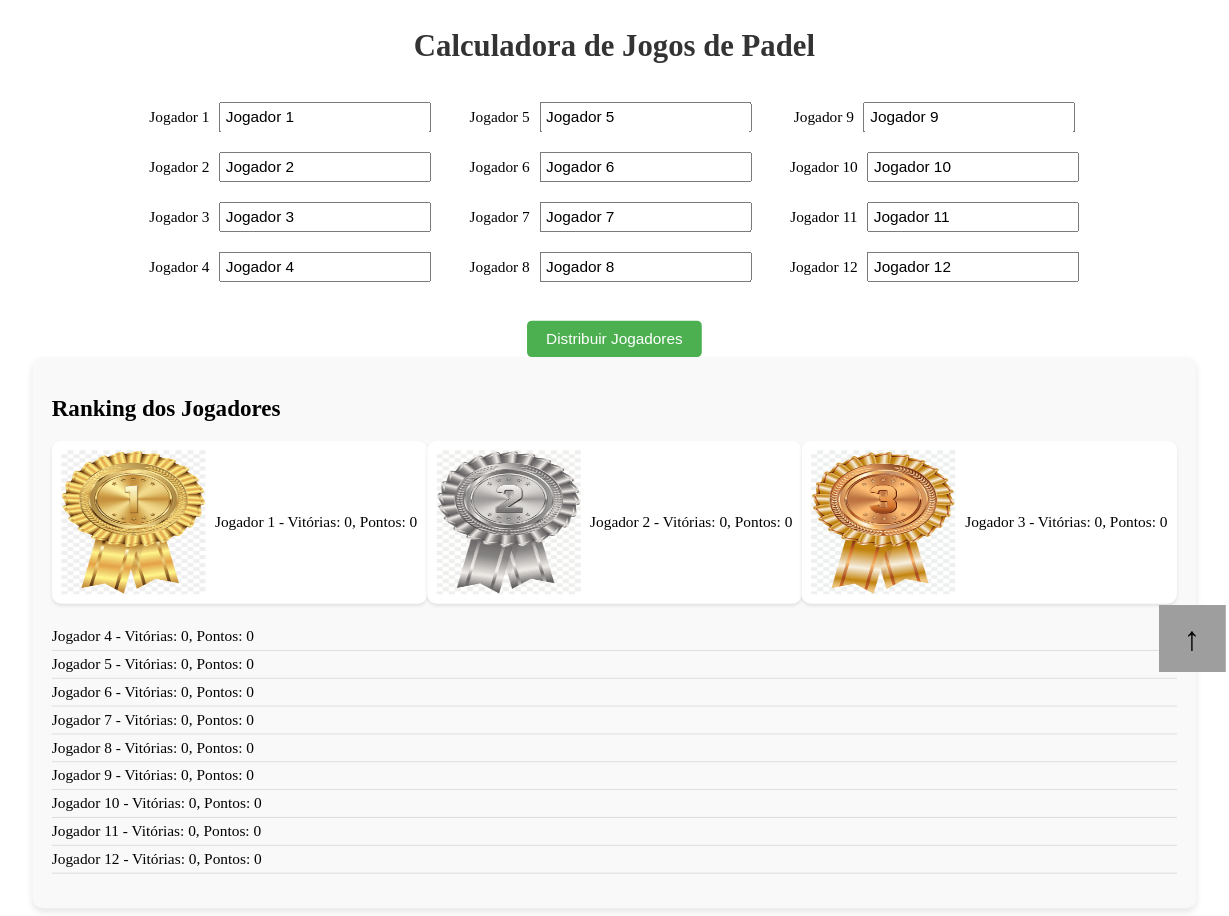
Repository: MarcioMiguel22/PadelMaster
Page: /calculadora
An editor plug-in stored every save of this project. The page is shown before and after the next save, followed by the edit.
The browser window is 1280 px wide. The pictures show the whole page, at 96% of full size.
Pictures or frames that could not be fetched are drawn as grey boxes. The project was rebuilt for these pictures with package versions that can differ from the ones it lists, and the page was loaded fresh each time. Also part of the build but not shown: vite.config.ts, src/pages/Home/Home.tsx, src/components/components_calculadora/Campo.tsx, src/components/components_calculadora/Jogo.tsx, src/index.css.

Above is the page before, as saved 2024-06-14 15:23:01.

### src/main.tsx
///home/marciomiguel/code/MarcioMiguel22/Sites/PadelMaster/src/main.tsx
import { render } from 'react-dom';
import { StrictMode } from 'react';
import App from './App';
import './index.css';

const root = document.getElementById('root')!;
render(
  <StrictMode>
    <App />
  </StrictMode>,
  root
);

### src/App.tsx

///home/marciomiguel/code/MarcioMiguel22/Sites/PadelMaster/src/App.tsx

import { BrowserRouter, Routes, Route } from 'react-router-dom';
import Home from './pages/Home/Home';
import Calculadora from './pages/Calculadora/Calculadora';

function App() {
  return (
    <BrowserRouter>
      <Routes>
        <Route path="/" element={<Home />} />
        <Route path="/calculadora" element={<Calculadora />} /> // Wrap Calculadora component with curly braces
      </Routes>
    </BrowserRouter>
  );
}

export default App

### src/pages/Calculadora/Calculadora.tsx
import React, { useState } from 'react';
import './Calculadora.css';
import JogadoresLista from '../../components/components_calculadora/JogadoresLista';
import Jogo from '../../components/components_calculadora/Jogo';
import Ranking from '../../components/components_calculadora/Ranking';
import { Jogador, Time, Campo as CampoType } from '../../utils/types/types'; // Importando os tipos
import { iniciarProximoJogo } from '../../components/components_calculadora/logic/gameLogic'; // Importando a função
import ScrollToTopButton from '../../components/components_calculadora/ScrollToTopButton'; // Importando o novo componente

const jogadoresIniciais: Jogador[] = Array.from({ length: 12 }, (_, i) => ({
  id: i + 1,
  nome: `Jogador ${i + 1}`,
  vitorias: 0,
  pontos: 0,
}));

const embaralharArray = <T,>(array: T[]): T[] => {
  const copiaArray = [...array];
  for (let i = copiaArray.length - 1; i > 0; i--) {
    const j = Math.floor(Math.random() * (i + 1));
    [copiaArray[i], copiaArray[j]] = [copiaArray[j], copiaArray[i]];
  }
  return copiaArray;
};

const criarTimes = (jogadores: Jogador[]): Time[] => {
  const jogadoresEmbaralhados = embaralharArray(jogadores);
  const times: Time[] = [];
  for (let i = 0; i < jogadoresEmbaralhados.length; i += 2) {
    times.push({ jogadores: jogadoresEmbaralhados.slice(i, i + 2), resultado: 0 });
  }
  return times;
};

const criarCampos = (times: Time[]): CampoType[] => [
  { id: 1, times: times.slice(0, 2) },
  { id: 2, times: times.slice(2, 4) },
  { id: 3, times: times.slice(4, 6) },
];

const CalculadoraApp: React.FC = () => {
  const [jogadores, setJogadores] = useState<Jogador[]>(jogadoresIniciais);
  const [jogos, setJogos] = useState<CampoType[][]>([]);

  const handleNomeChange = (id: number, novoNome: string) => {
    setJogadores(jogadores.map(jogador =>
      jogador.id === id ? { ...jogador, nome: novoNome } : jogador
    ));
  };

  const handleResultadoChange = (jogoIndex: number, campoId: number, timeIndex: number, novoResultado: number) => {
    setJogos(jogos.map((jogo, idx) =>
      idx === jogoIndex
        ? jogo.map(campo =>
            campo.id === campoId
              ? {
                  ...campo,
                  times: campo.times.map((time, index) =>
                    index === timeIndex ? { ...time, resultado: novoResultado } : time
                  ),
                }
              : campo
          )
        : jogo
    ));
  };

  const handleNomeEdit = (jogoIndex: number, campoId: number, timeIndex: number, jogadorIndex: number, novoNome: string) => {
    setJogos(jogos.map((jogo, idx) =>
      idx === jogoIndex
        ? jogo.map(campo =>
            campo.id === campoId
              ? {
                  ...campo,
                  times: campo.times.map((time, tIdx) =>
                    tIdx === timeIndex
                      ? {
                          ...time,
                          jogadores: time.jogadores.map((jogador, jIdx) =>
                            jIdx === jogadorIndex ? { ...jogador, nome: novoNome } : jogador
                          ),
                        }
                      : time
                  ),
                }
              : campo
          )
        : jogo
    ));
  };

  const distribuirJogadores = () => {
    const times = criarTimes(jogadores);
    const novosCampos = criarCampos(times);
    setJogos([novosCampos]);
  };

  const getTeamClass = (campo: CampoType, timeIndex: number): string => {
    if (campo.times.length < 2) return '';
    const resultadoAtual = campo.times[timeIndex].resultado;
    const resultadoOponente = campo.times[1 - timeIndex]?.resultado;
    if (resultadoAtual > resultadoOponente) return 'team vencedor';
    if (resultadoAtual < resultadoOponente) return 'team perdedor';
    return 'team';
  };

  const jogadoresClassificados = [...jogadores].sort((a, b) => {
    if (b.vitorias === a.vitorias) {
      return b.pontos - a.pontos;
    }
    return b.vitorias - a.vitorias;
  });

  return (
    <div className="calculadora-container">
      <h1>Calculadora de Jogos de Padel</h1>
      <div className="main-content">
        <JogadoresLista jogadores={jogadores} handleNomeChange={handleNomeChange} />
        <div className="fields-container">
          <button onClick={distribuirJogadores} className="distribute-button">Distribuir Jogadores</button>
          {jogos.map((jogo, jogoIndex) => (
            <Jogo
              key={jogoIndex}
              jogo={jogo}
              jogoIndex={jogoIndex}
              handleResultadoChange={handleResultadoChange}
              handleNomeEdit={handleNomeEdit}
              getTeamClass={getTeamClass}
            />
          ))}
        </div>
        {jogos.length > 0 && jogos.length < 5 && (
          <button onClick={() => iniciarProximoJogo(jogos, setJogos)} className="distribute-button">Jogo {jogos.length + 1}</button>
        )}
        <ScrollToTopButton />
        <Ranking jogadoresClassificados={jogadoresClassificados} />
      </div>
    </div>
  );
};

export default CalculadoraApp;

### src/pages/Home/Home.module.css
.padel-container {
  text-align: center;
  background-color: white;
  padding: 20px;
  border-radius: 10px;
  box-shadow: 0 0 10px rgba(0, 0, 0, 0.1);
}

h1 {
  color: #333;
  margin-bottom: 20px;
}

.padel-image {
  max-width: 50%;
  height: auto;
  border-radius: 10px;
  margin-bottom: 20px;
}

.enter-button {
  background-image: url('../../assets/images/tennis-ball.png'); /* Ensure the path is correct */
  background-size: cover;
  background-position: center;
  background-repeat: no-repeat;
  width: 60px;
  height: 60px;
  border: none;
  border-radius: 50%;
  cursor: pointer;
  padding: 0;
}

.enter-button:hover {
  transform: scale(1.1);
}

### src/pages/Calculadora/Calculadora.css
.calculadora-container {
  /* padding: 20px;
  text-align: center; */
  display: flex;
  flex-direction: column;
  align-items: center;
  gap: 20px;
}

.main-content {

  gap: 20px;
}

.jogadores-lista {
  display: flex;
  flex-direction: row;
  justify-content: center;
  gap: 40px;
  /* margin-bottom: 20px; */

}
.conta{}
.jogadores-coluna {
  display: flex;
  flex-direction: column;
  align-items: center;
  gap: 10px;
}

.jogador-item {
  display: flex;
  align-items: center;
  margin-bottom: 10px;
}

.jogador-item label {
  margin-right: 10px;
}

.jogador-item input {
  padding: 5px;
  font-size: 16px;
}

.jogador-input {
  margin-right: 5px;
  padding: 5px;
  font-size: 16px;
  border: 1px solid #ccc;
  border-radius: 5px;
}

.distribute-button, .scroll-to-top {
  background-color: #4CAF50;
  color: white;
  padding: 10px 20px;
  border: none;
  border-radius: 5px;
  cursor: pointer;
  font-size: 16px;
  margin-top: 10px;
}

.distribute-button:hover, .scroll-to-top:hover {
  background-color: #45a049;
}

.fields-container {
  display: flex;
  flex-direction: column;
  align-items: center;
  margin-top: 20px;
}

.jogo {
  margin-bottom: 40px;
}

.campos {
  display: flex;
  justify-content: space-around;
}

.field {
  background: linear-gradient(to right, #c3e8ad, #a8d5ba);
  padding: 20px;
  border-radius: 10px;
  box-shadow: 0 0 10px rgba(0, 0, 0, 0.1);
  width: 30%;
}

.field h2 {
  margin-top: 0;
}

.team {

  list-style-type: none;
  padding: 5px;
  background-color: #fff;
  margin: 5px 0;
  border-radius: 5px;
  box-shadow: 0 0 5px rgba(0, 0, 0, 0.1);
  width:fit-content; /* Ajuste o valor conforme necessário */
}


.team.vencedor {
  background-color: #d4edda; /* Verde claro */
}

.team.perdedor {
  background-color: #f8d7da; /* Vermelho claro */
}

.team div {
  display: flex;
  align-items: center;
}

.team input.resultado-input {
  margin-left: 10px;
  width: 45px;
  padding: 5px;
  font-size: 16px;
}

.ranking-container {
  margin-top: 40px;
}

.ranking-container h2 {
  margin-bottom: 10px;
}

.ranking-container ul {
  list-style-type: none;
  padding: 0;
}

.ranking-container li {
  margin: 5px 0;
}

### src/components/components_calculadora/JogadoresLista.tsx
import React from 'react';
import JogadorItem from './JogadorItem';
import { Jogador } from '../../utils/types/types'; // Importando o tipo Jogador

interface JogadoresListaProps {
  jogadores: Jogador[];
  handleNomeChange: (id: number, novoNome: string) => void;
}

const JogadoresLista: React.FC<JogadoresListaProps> = ({ jogadores, handleNomeChange }) => (
  <div className="jogadores-lista">
    {Array.from({ length: 3 }, (_, i) => (
      <div className="jogadores-coluna" key={i}>
        {jogadores.slice(i * 4, (i + 1) * 4).map(jogador => (
          <JogadorItem
            key={jogador.id}
            jogador={jogador}
            handleNomeChange={handleNomeChange}
          />
        ))}
      </div>
    ))}
  </div>
);

export default JogadoresLista;

### src/components/components_calculadora/Ranking.tsx
import React from 'react';
import ouro from '../../assets/images/ouro.png';
import prata from '../../assets/images/prata.png';
import bronze from '../../assets/images/bronze.png';
import styles from './Ranking.module.css';

interface Jogador {
  id: number;
  nome: string;
  vitorias: number;
  pontos: number;
}

interface RankingProps {
  jogadoresClassificados: Jogador[];
}

const Ranking: React.FC<RankingProps> = ({ jogadoresClassificados }) => {
  const top3 = jogadoresClassificados.slice(0, 3);
  const outrosJogadores = jogadoresClassificados.slice(3);

  const medalhas = [ouro, prata, bronze];

  return (
    <div className={styles.rankingContainer}>
      <h2>Ranking dos Jogadores</h2>
      <div className={styles.top3Container}>
        {top3.map((jogador, index) => (
          <div key={jogador.id} className={styles.top3Item}>
            <img src={medalhas[index]} alt={`Medalha de ${index + 1}`} className={styles.medalha} />
            {jogador.nome} - Vitórias: {jogador.vitorias}, Pontos: {jogador.pontos}
          </div>
        ))}
      </div>
      <ul className={styles.outrosJogadores}>
        {outrosJogadores.map((jogador) => (
          <li key={jogador.id}>
            {jogador.nome} - Vitórias: {jogador.vitorias}, Pontos: {jogador.pontos}
          </li>
        ))}
      </ul>
    </div>
  );
};

export default Ranking;

### src/components/components_calculadora/logic/gameLogic.ts
import { Jogador, Campo as CampoType } from '../../../utils/types/types';

export const separarDuplas = (jogadores: Jogador[]): Jogador[] => {
  const separados: Jogador[] = [];
  while (jogadores.length) {
    const [jogador1, jogador2] = jogadores.splice(0, 2);
    separados.push(jogador1);
    if (jogador2) separados.push(jogador2);
  }
  return separados;
};

export const iniciarProximoJogo = (jogos: CampoType[][], setJogos: React.Dispatch<React.SetStateAction<CampoType[][]>>) => {
  const ultimoJogo = jogos[jogos.length - 1];
  const novosCampos: CampoType[] = [
    { id: 1, times: [] },
    { id: 2, times: [] },
    { id: 3, times: [] },
  ];

  const campo1 = ultimoJogo.find(campo => campo.id === 1);
  const campo2 = ultimoJogo.find(campo => campo.id === 2);
  const campo3 = ultimoJogo.find(campo => campo.id === 3);

  if (campo1 && campo2 && campo3) {
    const [time1Campo1, time2Campo1] = campo1.times;
    const [time1Campo2, time2Campo2] = campo2.times;
    const [time1Campo3, time2Campo3] = campo3.times;

    // Vencedores e perdedores dos campos
    const vencedoresCampo1 = time1Campo1.resultado > time2Campo1.resultado ? time1Campo1.jogadores : time2Campo1.jogadores;
    const perdedoresCampo1 = time1Campo1.resultado > time2Campo1.resultado ? time2Campo1.jogadores : time1Campo1.jogadores;

    const vencedoresCampo2 = time1Campo2.resultado > time2Campo2.resultado ? time1Campo2.jogadores : time2Campo2.jogadores;
    const perdedoresCampo2 = time1Campo2.resultado > time2Campo2.resultado ? time2Campo2.jogadores : time1Campo2.jogadores;

    const vencedoresCampo3 = time1Campo3.resultado > time2Campo3.resultado ? time1Campo3.jogadores : time2Campo3.jogadores;
    const perdedoresCampo3 = time1Campo3.resultado > time2Campo3.resultado ? time2Campo3.jogadores : time1Campo3.jogadores;

    // Atualizar pontuação dos jogadores
    const margemVitoriaCampo1 = Math.abs(time1Campo1.resultado - time2Campo1.resultado);
    const margemVitoriaCampo2 = Math.abs(time1Campo2.resultado - time2Campo2.resultado);
    const margemVitoriaCampo3 = Math.abs(time1Campo3.resultado - time2Campo3.resultado);

    vencedoresCampo1.forEach(jogador => {
      jogador.vitorias += 1;
      jogador.pontos += margemVitoriaCampo1;
    });

    vencedoresCampo2.forEach(jogador => {
      jogador.vitorias += 1;
      jogador.pontos += margemVitoriaCampo2;
    });

    vencedoresCampo3.forEach(jogador => {
      jogador.vitorias += 1;
      jogador.pontos += margemVitoriaCampo3;
    });

    // Campo 1: vencedores do campo 1 e vencedores do campo 2
    novosCampos[0].times.push(
      { jogadores: [vencedoresCampo1[0], vencedoresCampo2[0]], resultado: 0 },
      { jogadores: [vencedoresCampo1[1], vencedoresCampo2[1]], resultado: 0 }
    );

    // Campo 2: perdedores do campo 1 e vencedores do campo 3
    novosCampos[1].times.push(
      { jogadores: [perdedoresCampo1[0], vencedoresCampo3[0]], resultado: 0 },
      { jogadores: [perdedoresCampo1[1], vencedoresCampo3[1]], resultado: 0 }
    );

    // Campo 3: perdedores do campo 2 e perdedores do campo 3
    novosCampos[2].times.push(
      { jogadores: [perdedoresCampo2[0], perdedoresCampo3[0]], resultado: 0 },
      { jogadores: [perdedoresCampo2[1], perdedoresCampo3[1]], resultado: 0 }
    );
  }

  setJogos([...jogos, novosCampos]);
};

### src/components/components_calculadora/ScrollToTopButton.tsx
import React from 'react';
import tennisBall from '../../assets/images/tennis-ball.png';
import styles from './ScrollToTopButton.module.css'; // Importando o arquivo CSS Module

const ScrollToTopButton: React.FC = () => {
  const scrollToTop = () => {
    window.scrollTo({ top: 0, behavior: 'smooth' });
  };

  return (
    <button onClick={scrollToTop} className={styles.scrollToTop}>
      <img src={tennisBall} alt="Tennis Ball" className={styles.tennisBall} />
      <span className={styles.arrowUp}>↑</span>
    </button>
  );
};

export default ScrollToTopButton;

### src/components/components_calculadora/JogadorItem.tsx
import React from 'react';
import { Jogador } from '../../utils/types/types'; // Importando o tipo Jogador

interface JogadorItemProps {
  jogador: Jogador;
  handleNomeChange: (id: number, novoNome: string) => void;
}

const JogadorItem: React.FC<JogadorItemProps> = ({ jogador, handleNomeChange }) => (
  <div className="jogador-item">
    <label>{`Jogador ${jogador.id}`}</label>
    <input
      type="text"
      value={jogador.nome}
      onChange={(e) => handleNomeChange(jogador.id, e.target.value)}
    />
  </div>
);

export default JogadorItem;

### src/components/components_calculadora/Ranking.module.css
.rankingContainer {
  padding: 20px;
  background-color: #f9f9f9;
  border-radius: 10px;
  box-shadow: 0 4px 8px rgba(0, 0, 0, 0.1);
}

.top3Container {
  display: flex;
  justify-content: space-around;
  margin-bottom: 20px;
}

.top3Item {
  display: flex;
  align-items: center;
  padding: 10px;
  background-color: #ffffff;
  border-radius: 10px;
  box-shadow: 0 2px 4px rgba(0, 0, 0, 0.1);
}

.medalha {
  width: 150px;
  height: 150px;
  margin-right: 10px;
  transition: transform 0.3s ease-in-out;
}

.medalha:hover {
  transform: scale(1.2);
  animation: pulse 1s infinite;
}

@keyframes pulse {
  0% {
    transform: scale(1.2);
  }
  50% {
    transform: scale(1.25);
  }
  100% {
    transform: scale(1.2);
  }
}

.outrosJogadores {
  list-style-type: none;
  padding: 0;
}

.outrosJogadores li {
  padding: 5px 0;
  border-bottom: 1px solid #ddd;
}

### src/components/components_calculadora/ScrollToTopButton.module.css
.scrollToTop {
  position: fixed;
  bottom: 20px;
  left: 97%;
  transform: translateX(-50%);
  width: 70px;
  height: 70px;
  border: none;
  background: none;
  cursor: pointer;
  display: flex;
  align-items: center;
  justify-content: center;
}

.tennisBall {
  width: 100%;
  height: 100%;
  position: absolute;
}

.arrowUp {
  position: absolute;
  font-size: 35px;
  color: rgb(5, 5, 5);
  font-weight: bold;
  z-index: 1;
}

Loaded but not shown: index.html (common file)

After the next save:
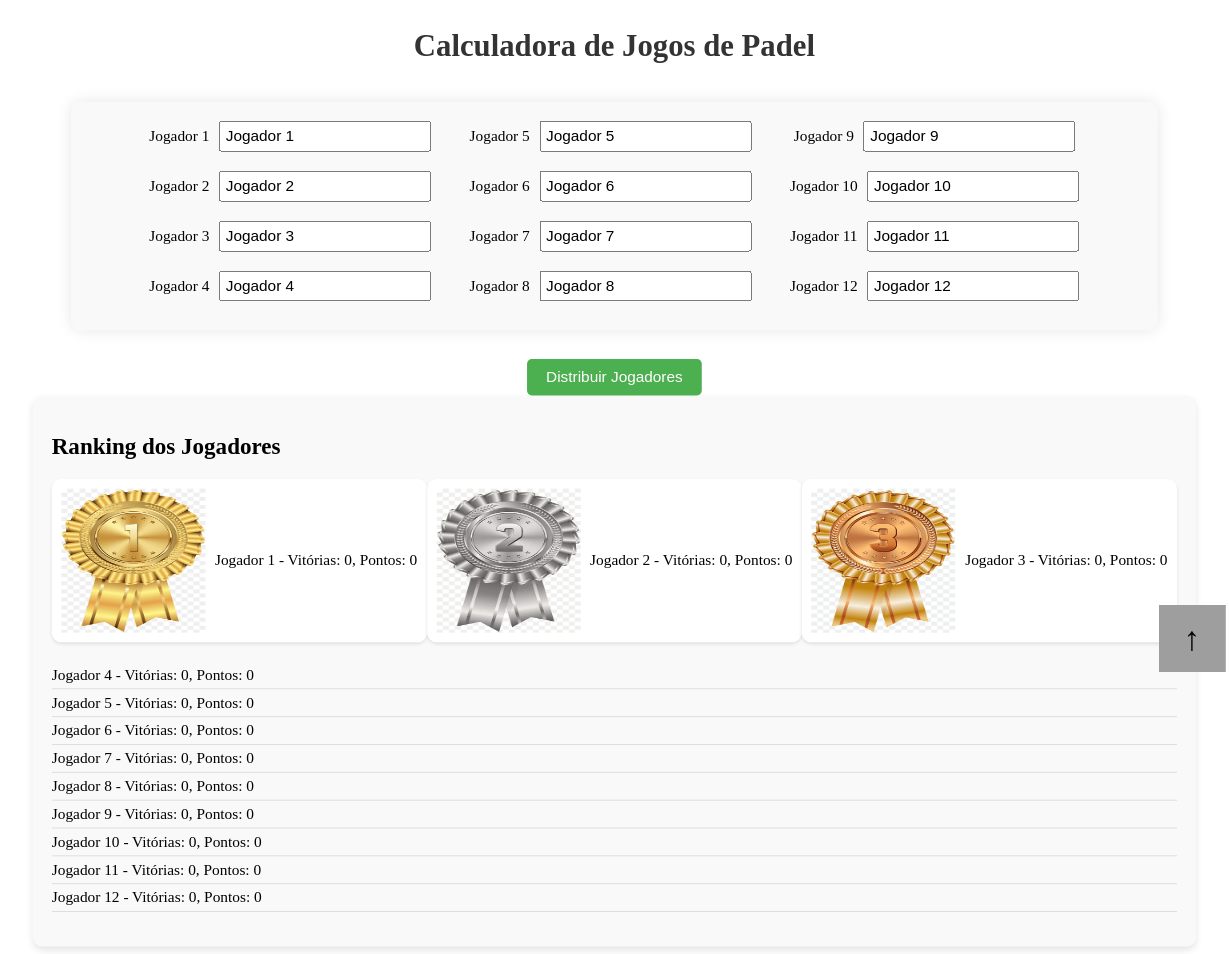
Saved 64 s later.
--- a/src/pages/Calculadora/Calculadora.css
+++ b/src/pages/Calculadora/Calculadora.css
@@ -18,9 +18,15 @@
   justify-content: center;
   gap: 40px;
   /* margin-bottom: 20px; */
+  width: 90%;
+  max-width: 1200px;
+  margin: 0 auto;
+  padding: 20px;
+  background: #f9f9f9;
+  border-radius: 10px;
+  box-shadow: 0 0 15px rgba(0, 0, 0, 0.1);
+}
 
-}
-.conta{}
 .jogadores-coluna {
   display: flex;
   flex-direction: column;
